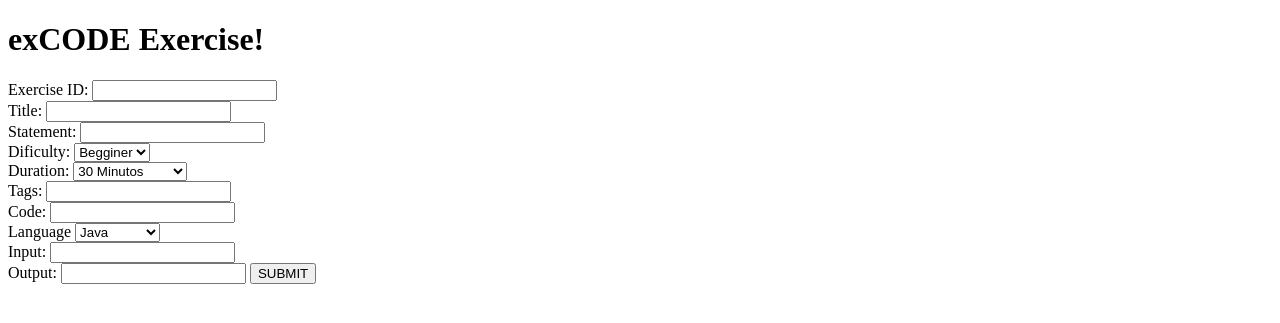
Repository: andregouveia8/EXCODE-API
Page: exCODE PROGRAMING EXERCISES API/API/exCODE API/exCODEAPI/WebContent/addExercise.html
The author's editor kept a copy of each file at every save. The page is drawn from the files as they stood at one save, then again after the next save.
The browser window is 1280 px wide. The pictures show the whole page.
Some web libraries are served in a nearby version.

Above is the page before, as saved 2018-01-17 15:37:25.

### exCODE PROGRAMING EXERCISES API/API/exCODE API/exCODEAPI/WebContent/addExercise.html
<!DOCTYPE html>
<html>

<head>
    <meta charset="ISO-8859-1">
    <title>GAME SERVICE</title>
    <script src="https://ajax.googleapis.com/ajax/libs/jquery/3.2.1/jquery.min.js"></script>

    <script>

        $(document).ready(function () {
            $("#btnSubmit").click(function () {

                var myToken;
                if (localStorage.token == null) {
                    myToken = "eyJhbGciOiJIUzI1NiIsInR5cCI6IkpXVCJ9.eyJzdWIiOiIxMjM0NTY3ODkwIiwibmFtZSI6IkpvaG4gRG9lIiwiYWRtaW4iOnRydWV9.TJVA95OrM7E2cBab30RMHrHDcEfxjoYZgeFONFh7HgQ";
                } else {
                    myToken = localStorage.token;
                }


                $.ajax({
                    method: "POST",
                    url: "http://localhost:8081/exCODEAPI/rest/exercises",
                    data: {
                        exerciseID: $("#txtExerciseID").val(),
                        title: $("#txtTitle").val(),
                        statement: $("#txtStatement").val(),
                        dificulty: $("#selectDificulty").val(),
                        duration: $("#selectDuration").val(),
                        tags: $("#txtTags").val(),
                        code: $("#txtCode").val(),
                        language: $("#txtStatement").val(),
                        input: $("#txtInput").val(),
                        output: $("#txtOutput").val(),
                        token: myToken

                    }
                })
                    .done(function (msg) {
                        console.log("Exercise Done");

                    });
            });
        });
    </script>
</head>

<body>
    <h1>exCODE Exercise!</h1>
    Exercise ID:
    <input id="txtExerciseID" type="text" />
    <br/> Title:
    <input id="txtTitle" type="text" />
    <br/> Statement:
    <input id="txtStatement" type="text" />
    <br/> Dificulty:
    <select id="selectDificulty">
        <option value="Begginer">Begginer</option>
        <option value="Normal">Normal</option>
        <option value="Pro">Pro</option>
        <option value="Expert">Expert</option>
    </select>
    <br> Duration:
    <select id="selectDuration">
        <option value="30">30 Minutos</option>
        <option value="15">15 Minutos</option>
        <option value="60">1 Hora</option>
        <option value="90">1 Hora e Meia</option>
        <option value="91">+1 Hora e Meia</option>

    </select>
    <br> Tags:
    <input id="txtTags" type="text" />
    <br> Code:
    <input id="txtCode" type="text" />
    <br> Language
    <select id="selectDuration">
        <option value="Java">Java</option>
        <option value="CSharp">CSharp</option>
        <option value="JavaScript">JavaScript</option>
    </select>
    <br>Input:
    <input id="txtInput" type="text" />
    <br>Output:
    <input id="txtOutput" type="text" />
    <input id="btnSubmit" type="button" value="SUBMIT" />
    <br/>
</body>

</html>

After the next save:
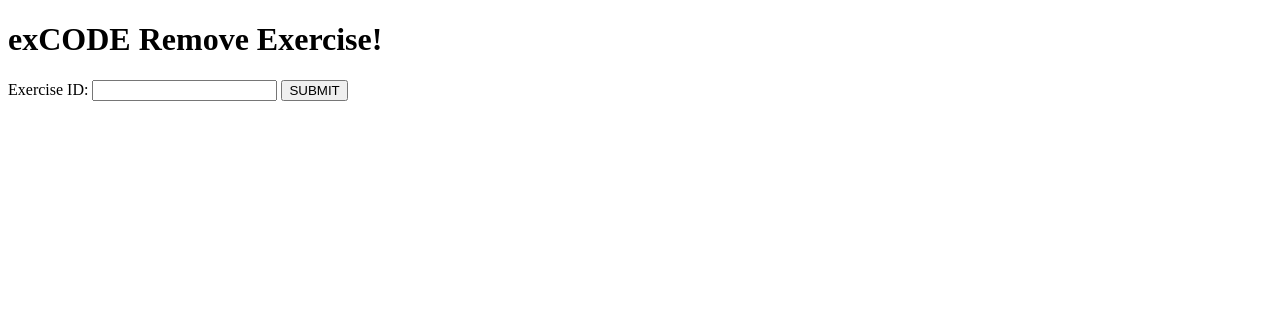
Saved 2 min 28 s later.
--- a/exCODE PROGRAMING EXERCISES API/API/exCODE API/exCODEAPI/WebContent/addExercise.html
+++ b/exCODE PROGRAMING EXERCISES API/API/exCODE API/exCODEAPI/WebContent/addExercise.html
@@ -9,7 +9,40 @@
     <script>
 
         $(document).ready(function () {
-            $("#btnSubmit").click(function () {
+
+
+
+        	$("#btnSubmit").click(function () {
+
+                var myToken;
+                if (localStorage.token == null) {
+                    myToken = "eyJhbGciOiJIUzI1NiIsInR5cCI6IkpXVCJ9.eyJzdWIiOiIxMjM0NTY3ODkwIiwibmFtZSI6IkpvaG4gRG9lIiwiYWRtaW4iOnRydWV9.TJVA95OrM7E2cBab30RMHrHDcEfxjoYZgeFONFh7HgQ";
+                } else {
+                    myToken = localStorage.token;
+                }
+
+
+                $.ajax({
+                    method: "DELETE",
+                    url: "http://localhost:8081/exCODEAPI/rest/exercises/" + exerciseID,
+                    data: {
+                        exerciseID: $("#txtExerciseID").val(),
+                        token: myToken
+
+                    }
+                })
+                    .done(function (msg) {
+                        console.log("Exercise Delete");
+
+                    });
+            });
+
+
+
+
+
+
+            /* $("#btnSubmit").click(function () {
 
                 var myToken;
                 if (localStorage.token == null) {
@@ -41,13 +74,13 @@
                         console.log("Exercise Done");
 
                     });
-            });
+            }); */
         });
     </script>
 </head>
 
 <body>
-    <h1>exCODE Exercise!</h1>
+    <!-- <h1>exCODE Exercise!</h1>
     Exercise ID:
     <input id="txtExerciseID" type="text" />
     <br/> Title:
@@ -85,7 +118,20 @@
     <br>Output:
     <input id="txtOutput" type="text" />
     <input id="btnSubmit" type="button" value="SUBMIT" />
+    <br/> -->
+
+
+
+    <h1>exCODE Remove Exercise!</h1>
+    Exercise ID:
+    <input id="txtExerciseID" type="text" />
+    <input id="btnSubmit" type="button" value="SUBMIT" />
     <br/>
+
+
+
+
+
 </body>
 
 </html>
